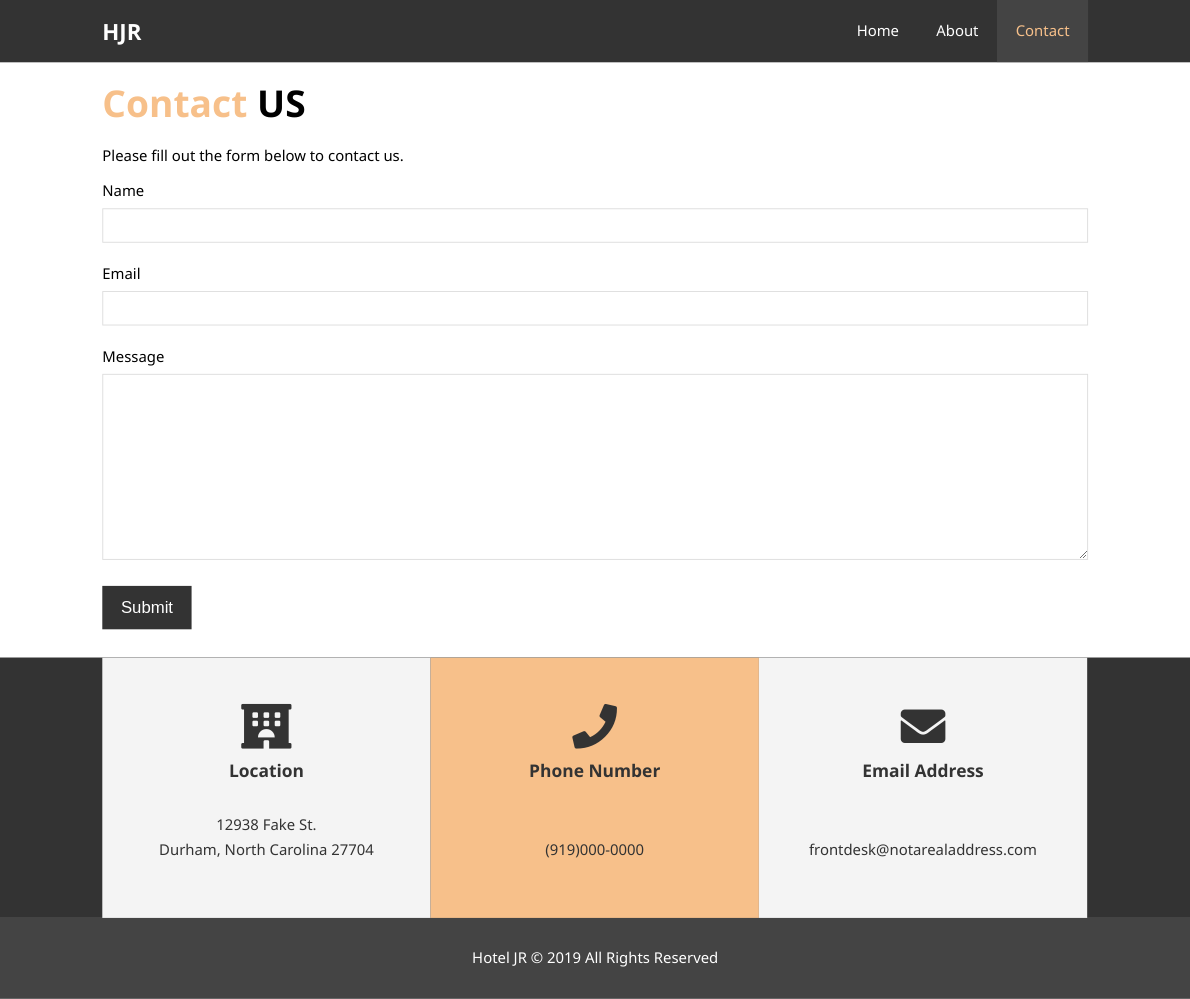
Repository: dimlutine/Hotel-Project
Page: contact.html
These files come from the project's save history. The page is drawn as it stood at one moment and after the next save; the edit follows.
The browser window is 1280 px wide. The pictures show the whole page, at 93% of full size.
Some web libraries are served in a nearby version.

Above is the page before, as saved 2019-07-05 23:18:55.

After the next save:
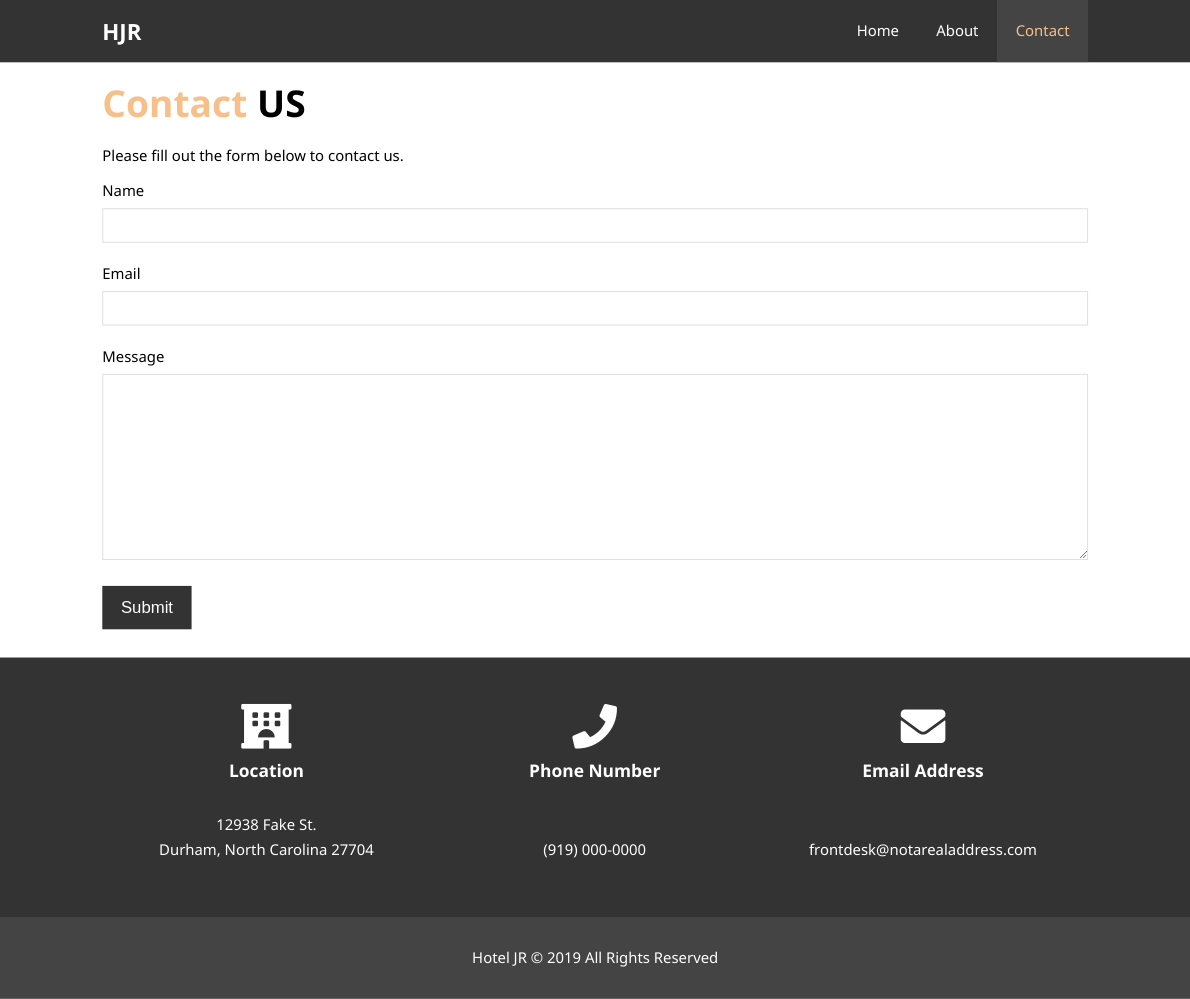
Saved 53 s later.
--- a/contact.html
+++ b/contact.html
@@ -52,17 +52,17 @@
     </section>
     <section id="contact-info" class="bg-dark">
         <div class="container">
-            <div class="box bg-light">
+            <div class="box">
                 <i class="fas fa-hotel fa-3x"></i>
                 <h3>Location</h3>
                 <p>12938 Fake St.<br>Durham, North Carolina 27704</p>
             </div>
-            <div class="box bg-primary">
+            <div class="box">
                 <i class="fas fa-phone fa-3x"></i>
                 <h3>Phone Number</h3>
-                <p><br>(919)000-0000</p>
+                <p><br>(919) 000-0000</p>
             </div>
-            <div class="box bg-light">
+            <div class="box">
                 <i class="fas fa-envelope fa-3x"></i>
                 <h3>Email Address</h3>
                 <p><br>frontdesk@notarealaddress.com</p>
